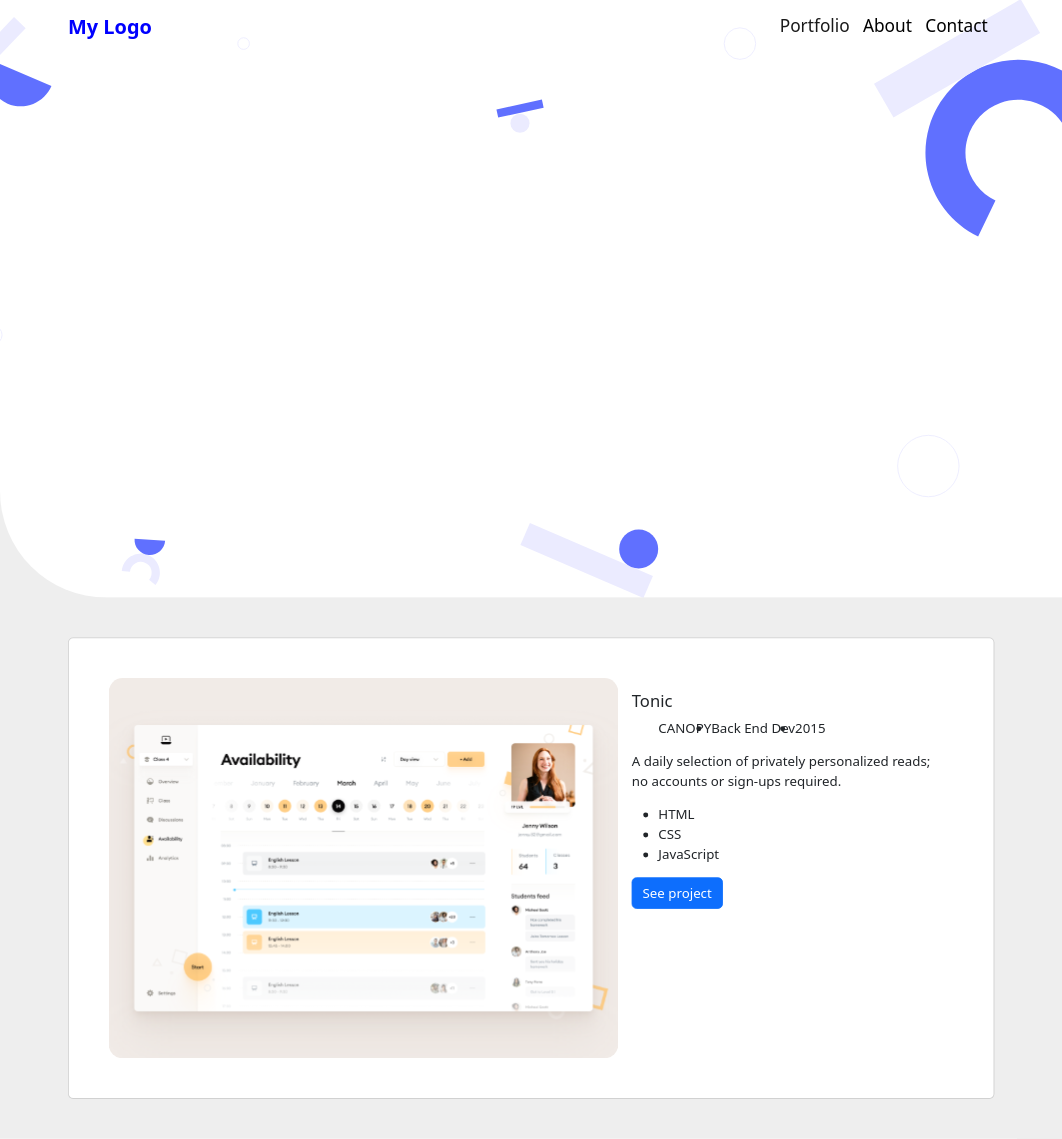
Repository: waelelsafty07/Bootstrap-Portfolio
Page: index.html
These files come from the project's save history. The page is drawn as it stood at one moment and after the next save; the edit follows.
The browser window is 1280 px wide. The pictures show the whole page, at 83% of full size.

Above is the page before, as saved 2023-04-04 16:36:00.

After the next save:
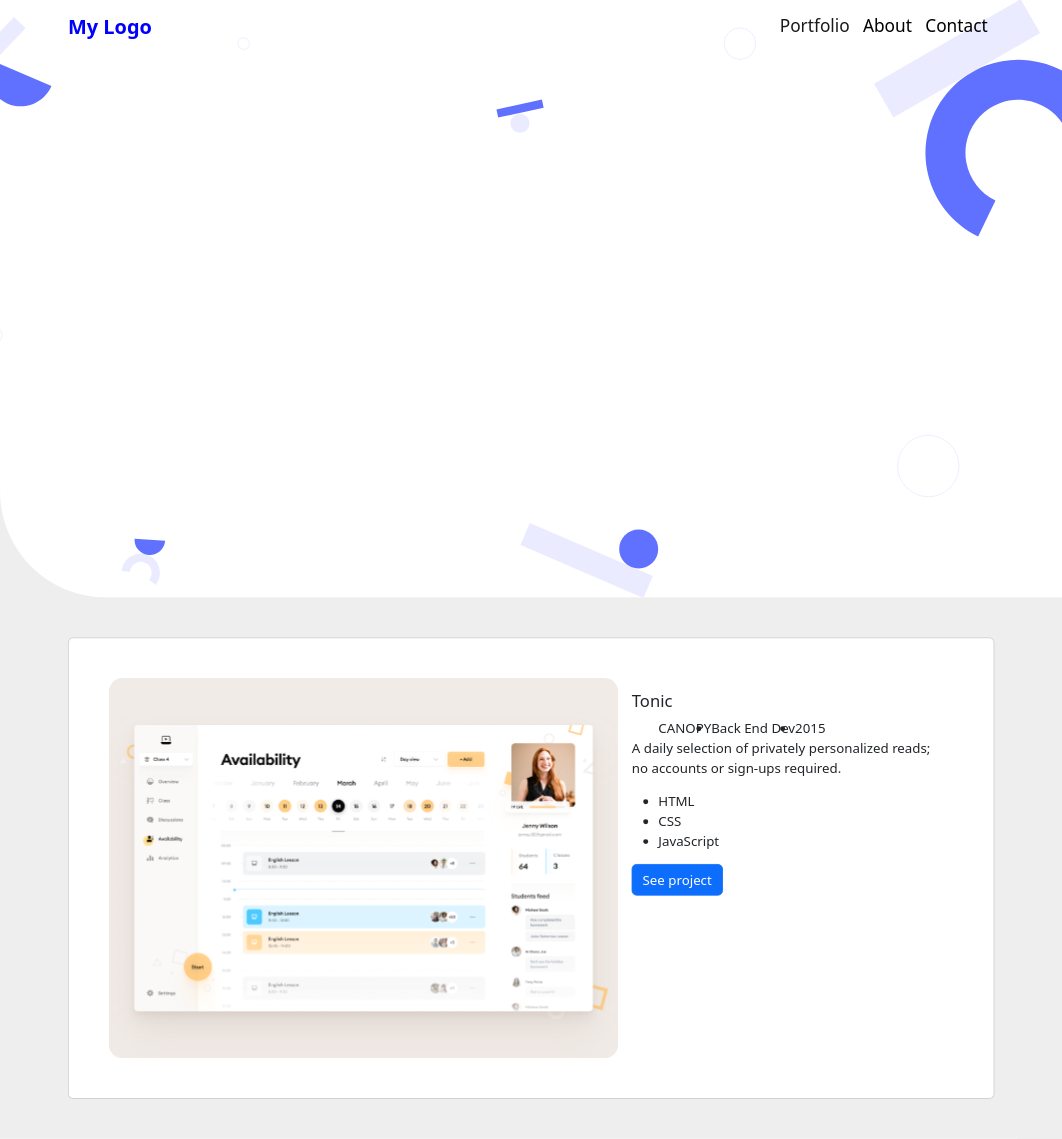
Saved 4 s later.
--- a/index.html
+++ b/index.html
@@ -39,7 +39,7 @@
             <img src="images/Snapshoot Portfolio (1).svg" class="card-img-top" alt="...">
             <div class="card-body">
               <h5 class="card-title">Tonic</h5>
-              <ul class="d-flex m">
+              <ul class="d-flex m-0">
                 <li class="no-style">CANOPY</li>
                 <li>Back End Dev</li>
                 <li>2015</li>

After the 3 saves that followed:
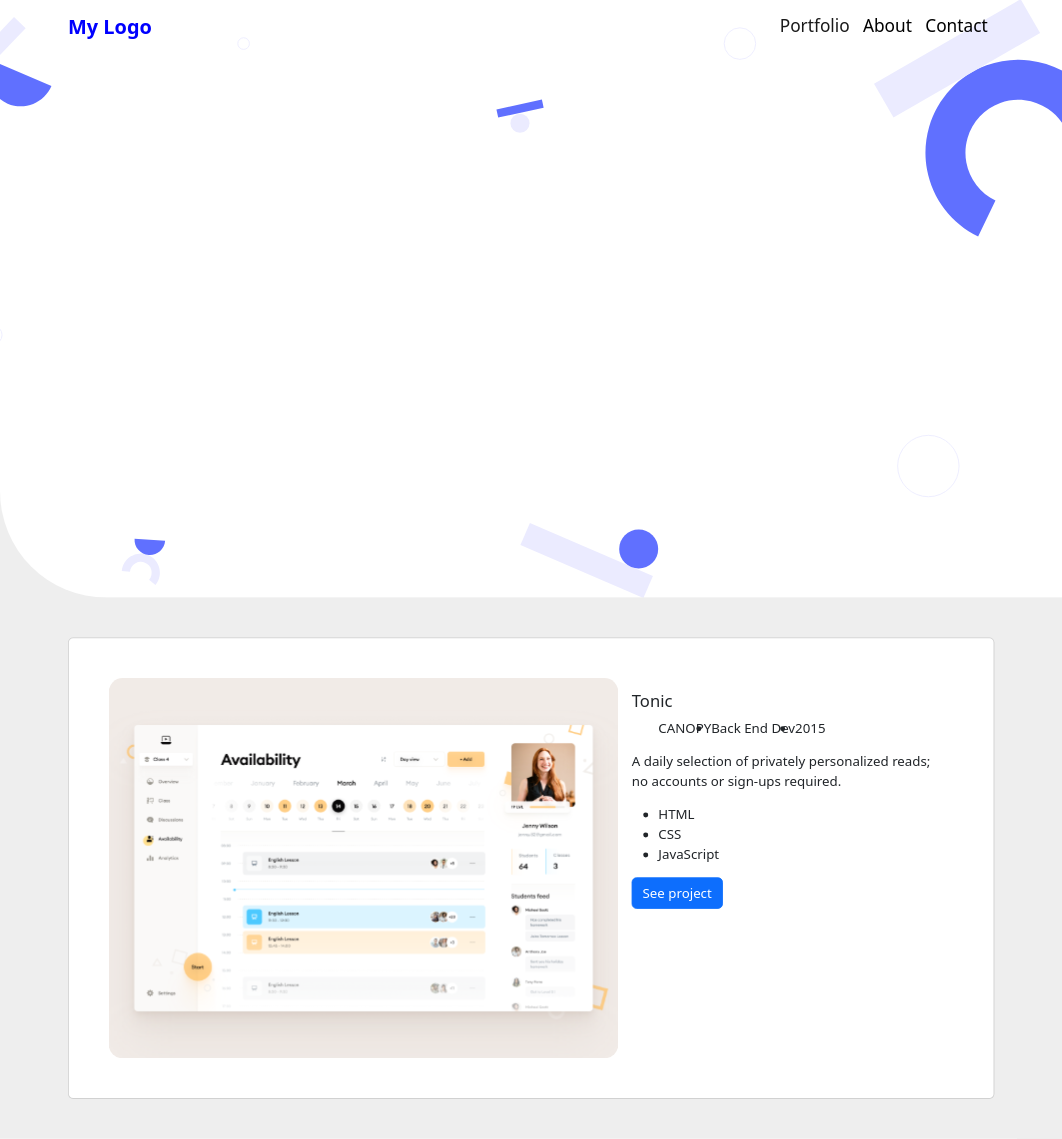
The 3 saves are shown as one change because 2 left the picture as it was.
The last was saved 48 s later.
--- a/index.html
+++ b/index.html
@@ -39,7 +39,7 @@
             <img src="images/Snapshoot Portfolio (1).svg" class="card-img-top" alt="...">
             <div class="card-body">
               <h5 class="card-title">Tonic</h5>
-              <ul class="d-flex m-0">
+              <ul class="d-flex ">
                 <li class="no-style">CANOPY</li>
                 <li>Back End Dev</li>
                 <li>2015</li>
